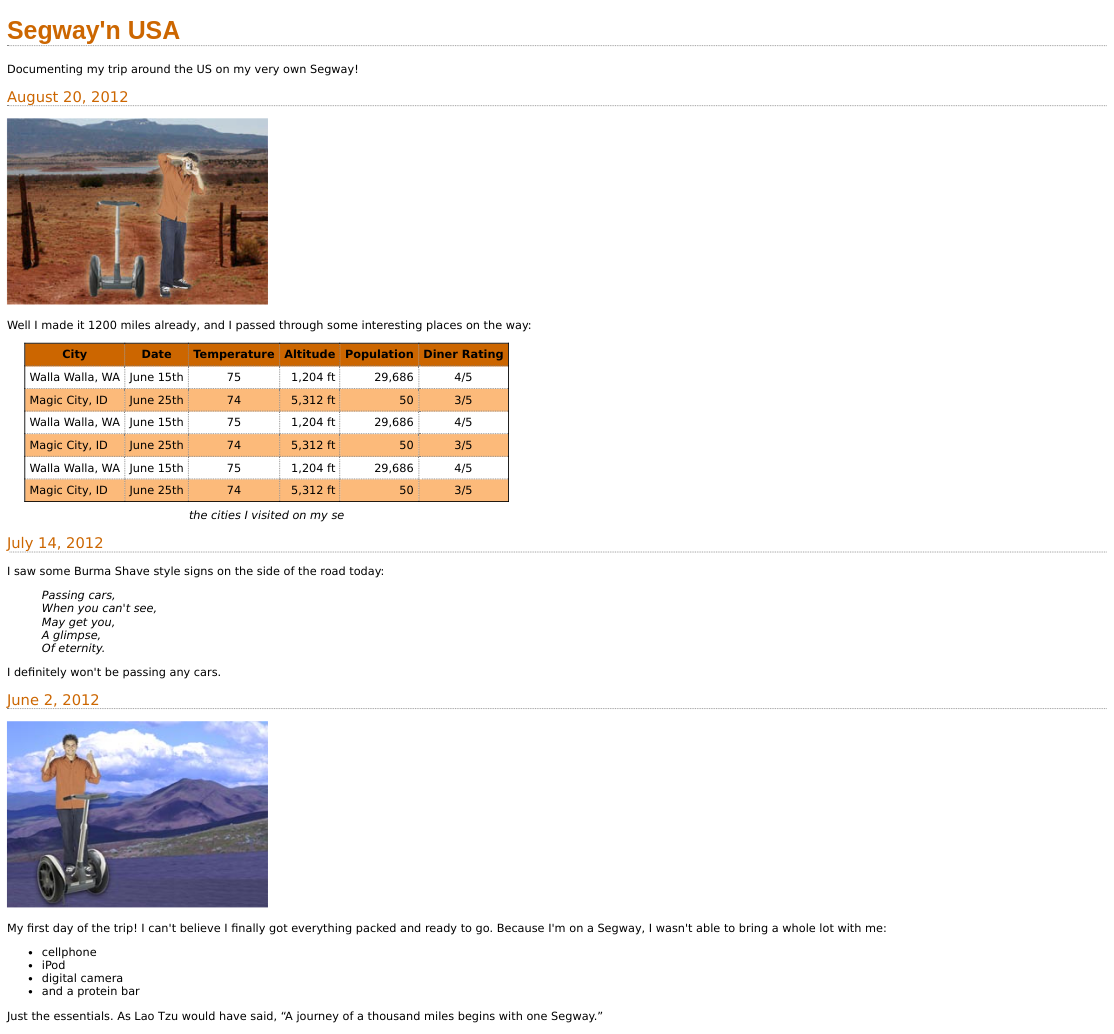
Repository: Dearning/head-first-html-css
Page: chapter13/journal/journal.html
These files come from the project's save history. The page is drawn as it stood at one moment and after the next save; the edit follows.
The browser window is 1280 px wide. The pictures show the whole page, at 87% of full size.
Some web fonts or font styles are not loaded; a fallback is used.

Above is the page before, as saved 2021-09-29 13:13:46.

### chapter13/journal/journal.html
<!DOCTYPE html>
<html>
  <head>
    <meta charset="utf-8">
    <title>My Trip Around the USA on a Segway</title>
    <link type="text/css" rel="stylesheet" href="journal.css">
  </head>
  <body>

    <h1>Segway'n USA</h1>
    <p>
      Documenting my trip around the US on my very own Segway!
    </p>

    <h2>August 20, 2012</h2>
    <p><img src="images/segway2.jpg" alt="Me any my Segway in New Mexico"></p>
    <p>
      Well I made it 1200 miles already, and I passed
      through some interesting places on the way:
    </p>
    <table>
      <caption>
        the cities I visited on my se
      </caption>
      <tr>
        <th>City</th>
        <th>Date</thshengdu >
        <th>Temperature</th>
        <th>Altitude</th>
        <th>Population</th>
        <th>Diner Rating</th>
      </tr>
      <tr>
        <td>Walla Walla, WA</td>
        <td class="mid">June 15th</td>
        <td class="mid">75</td>
        <td class="right">1,204 ft</td>
        <td class="right">29,686</td>
        <td class="mid">4/5</td>
      </tr>
      <tr class="cellcolor">
        <td>Magic City, ID</td>
        <td class="mid">June 25th</td>
        <td class="mid">74</td>
        <td class="right">5,312 ft</td>
        <td class="right">50</td>
        <td class="mid">3/5</td>
      </tr></tr>
      <tr>
        <td>Walla Walla, WA</td>
        <td class="mid">June 15th</td>
        <td class="mid">75</td>
        <td class="right">1,204 ft</td>
        <td class="right">29,686</td>
        <td class="mid">4/5</td>
      </tr>
      <tr class="cellcolor">
        <td>Magic City, ID</td>
        <td class="mid">June 25th</td>
        <td class="mid">74</td>
        <td class="right">5,312 ft</td>
        <td class="right">50</td>
        <td class="mid">3/5</td>
      </tr>
      <tr>
        <td>Walla Walla, WA</td>
        <td class="mid">June 15th</td>
        <td class="mid">75</td>
        <td class="right">1,204 ft</td>
        <td class="right">29,686</td>
        <td class="mid">4/5</td>
      </tr>
      <tr class="cellcolor">
        <td rowspan="2">Magic City, ID</td>
        <td class="mid">June 25th</td>
        <td class="mid">74</td>
        <td rowspan="2" class="right">5,312 ft</td>
        <td rowspan="2" class="right">50</td>
        <td class="mid">3/5</td>
      </tr>
    </table>

    <h2>July 14, 2012</h2>
    <p>
      I saw some Burma Shave style signs on the side of the
      road today:
    </p>
    <blockquote>
      <p>
      Passing cars, <br>
      When you can't see, <br>
      May get you, <br>
      A glimpse, <br>
      Of eternity. <br>
      </p>
    </blockquote>
    <p>
      I definitely won't be passing any cars.
    </p>

    <h2>June 2, 2012</h2>
    <p><img src="images/segway1.jpg" alt="The first day of the trip"></p>
    <p>
      My first day of the trip!  I can't believe I finally got
      everything packed and ready to go.  Because I'm on a Segway,
      I wasn't able to bring a whole lot with me:
    </p>
    <ul>
      <li>cellphone</li>
      <li>iPod</li>
      <li>digital camera</li>
      <li>and a protein bar</li>
    </ul>
    <p>
       Just the essentials.  As
      Lao Tzu would have said, <q>A journey of a
      thousand miles begins with one Segway.</q>
    </p>
<!--
	<p>
	  To do list:
	</p>
	<ul>
	  <li>Charge Segway</li>
	  <li>Pack for trip
		<ul>
		<li>cellphone</li>
		<li>iPod</li>
		<li>digital camera</li>
		<li>a protein bar</li>
		</ul>
	  </li>
	</ul>
-->
  </body>
</html>

### chapter13/journal/journal.css
@font-face {
	font-family: "Emblema One";
	src: url("http://wickedlysmart.com/hfhtmlcss/chapter8/journal/EmblemaOne-Regular.woff"),
	     url("http://wickedlysmart.com/hfhtmlcss/chapter8/journal/EmblemaOne-Regular.ttf");
}
body {
  font-family:     Verdana, Geneva, Arial, sans-serif;
  font-size:       small;
}
h1, h2 {
  color:           #cc6600;
  border-bottom:   thin dotted #888888;
}
h1 {
  font-family:     "Emblema One", sans-serif;
  font-size:       220%;
}
h2 {
  font-size:       130%;
  font-weight:     normal;
}
blockquote {
  font-style:      italic;
}
table{
  margin-left: 20px;
  margin-right: 20px;
  border: thin solid black;
  caption-side: bottom;
  /* border-spacing: 0px; */
  border-collapse: collapse;
}
td, th{
  border: thin dotted gray;
  padding: 5px;
}
th{
  background-color: #cc6600;
}
caption{
  font-style: italic;
  padding-top: 8px;
}
.mid{
  text-align: center;
}
.right{
  text-align: right;
}
/* .cellcolor{
  background-color: #fcba7a;
} */
tr:nth-child(2n+1){
  background-color: #fcba7a;
}

After the next save:
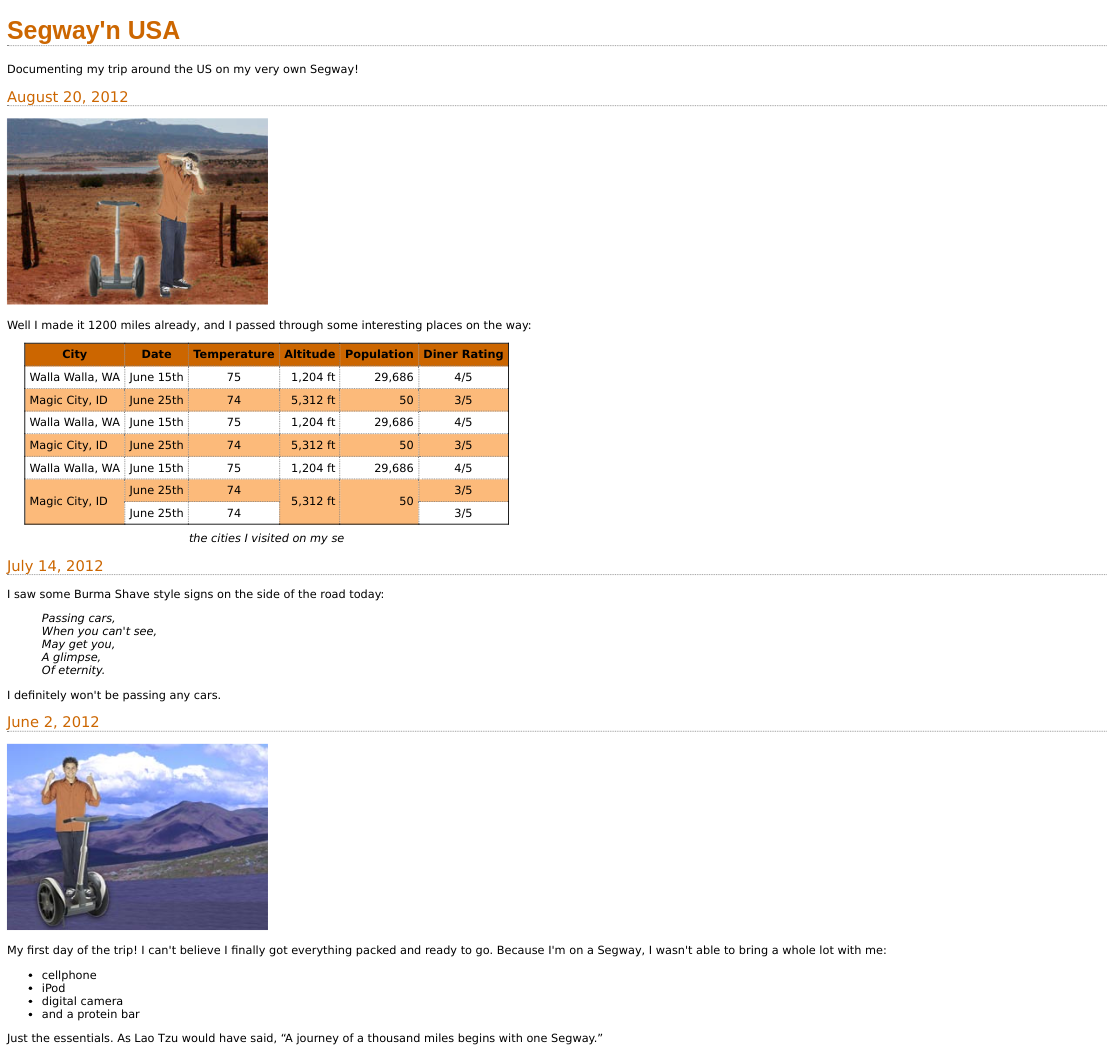
Saved 32 s later.
--- a/chapter13/journal/journal.html
+++ b/chapter13/journal/journal.html
@@ -77,6 +77,13 @@
         <td rowspan="2" class="right">5,312 ft</td>
         <td rowspan="2" class="right">50</td>
         <td class="mid">3/5</td>
+      </tr><tr class="cellcolor">
+
+        <td class="mid">June 25th</td>
+        <td class="mid">74</td>
+
+
+        <td class="mid">3/5</td>
       </tr>
     </table>
 
